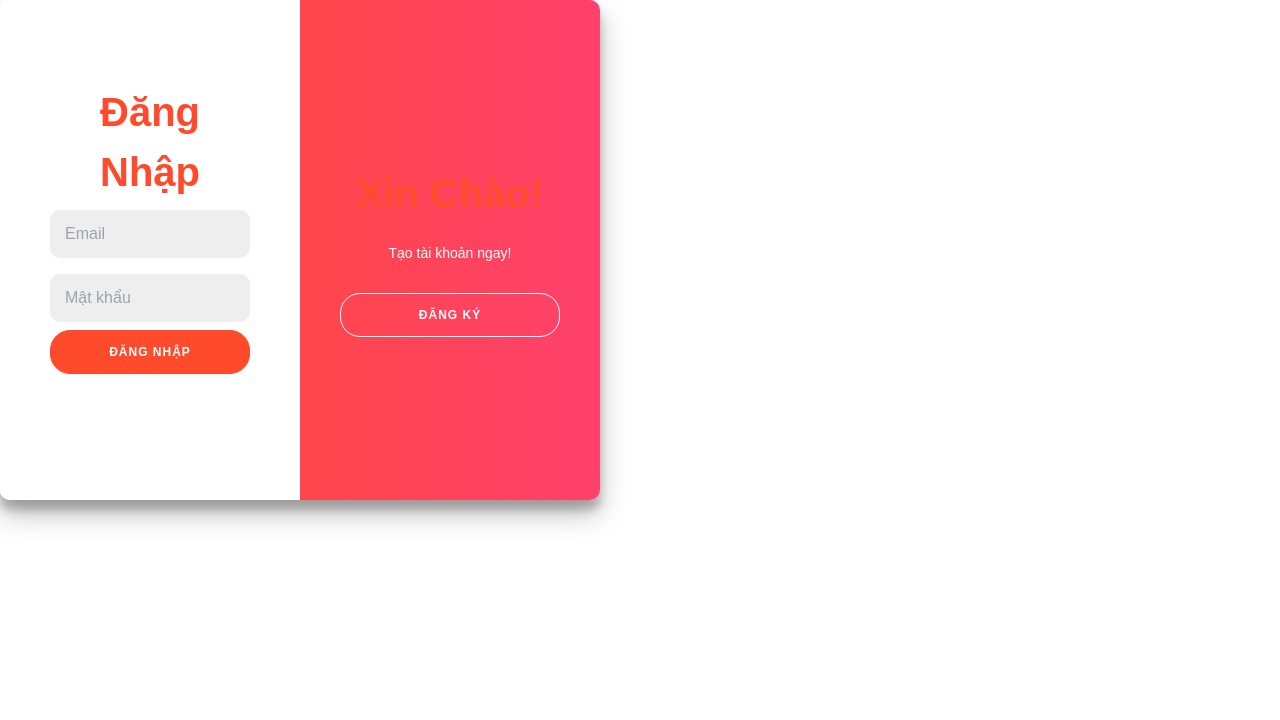
Repository: BlackWolf2002/project_airbn_react
Page: /
An editor plug-in stored every save of this project. The page is shown before and after the next save, followed by the edit.
The browser window is 1280 px wide. The pictures show the whole page.
The project was rebuilt for these pictures with package versions that can differ from the ones it lists, and the page was loaded fresh each time. Also part of the build but not shown: vite.config.js.

Above is the page before, as saved 2025-02-04 23:56:31.

After the next save:
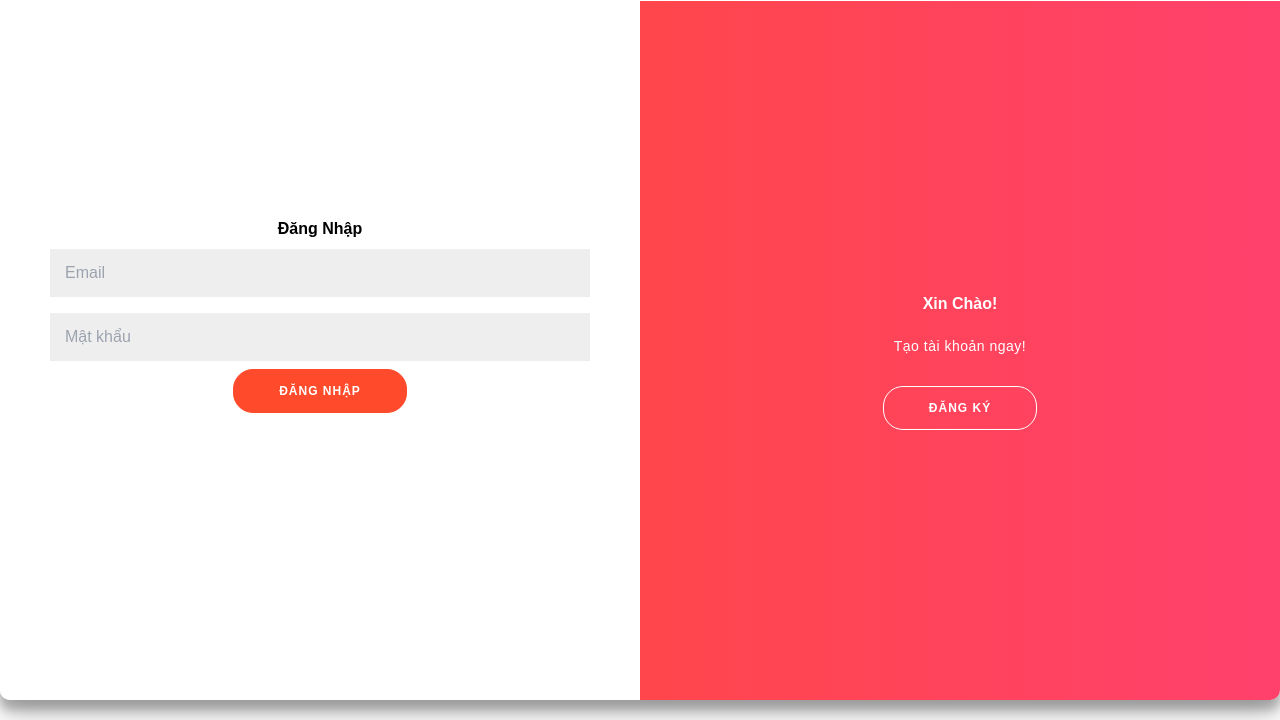
Saved 101 s later.
--- a/src/style/Login.css
+++ b/src/style/Login.css
@@ -1,53 +1,42 @@
-/* Cải tiến giao diện với CSS */
 .container-login {
     background-color: #fff;
     border-radius: 10px;
     box-shadow: 0 14px 28px rgba(0, 0, 0, 0.25), 0 10px 10px rgba(0, 0, 0, 0.22);
     position: relative;
     overflow: hidden;
-    width: 100%;
-    max-width: 600px;
-    height: 500px;
-    display: flex;
-    justify-content: center;
-    align-items: center;
-    padding: 30px;
+    max-width: 100%;
+    min-height: 480px;
     font-family: "Montserrat", sans-serif;
-    color: #fff;
+    height: 100vh;
+    margin: -20px 0;
 }
 
 .container-login h1 {
     font-weight: bold;
     margin: 0;
-    font-size: 2.5rem;
-    color: #ff4b2b;
 }
 
 .container-login h2 {
     text-align: center;
-    margin: 0;
 }
 
 .container-login p {
     font-size: 14px;
     font-weight: 100;
     line-height: 20px;
+    letter-spacing: 0.5px;
     margin: 20px 0 30px;
 }
 
-.container-login input {
-    background-color: #eee;
-    border: none;
-    padding: 12px 15px;
-    margin: 8px 0;
-    width: 100%;
-    border-radius: 10px;
-    font-size: 1rem;
-}
-
-.container-login input:focus {
-    outline: none;
-    box-shadow: 0 0 8px rgba(0, 0, 255, 0.4);
+.container-login span {
+    font-size: 12px;
+}
+
+.container-login a {
+    color: #333;
+    font-size: 14px;
+    text-decoration: none;
+    margin: 15px 0;
 }
 
 .container-login button {
@@ -61,7 +50,6 @@
     letter-spacing: 1px;
     text-transform: uppercase;
     transition: transform 80ms ease-in;
-    width: 100%;
 }
 
 .container-login button:active {
@@ -88,6 +76,14 @@
     text-align: center;
 }
 
+.container-login input {
+    background-color: #eee;
+    border: none;
+    padding: 12px 15px;
+    margin: 8px 0;
+    width: 100%;
+}
+
 .container-login .form-container {
     position: absolute;
     top: 0;
@@ -109,6 +105,7 @@
     left: 0;
     width: 50%;
     opacity: 0;
+    /* z-index: 1; */
 }
 
 .container-login.right-panel-active .sign-up-container {
@@ -134,7 +131,7 @@
 
 .overlay-container {
     position: absolute;
-    top: 0;
+    top: 21px;
     left: 50%;
     width: 50%;
     height: 100%;
@@ -148,12 +145,18 @@
 }
 
 .overlay {
+    background: #ff416c;
+    background: -webkit-linear-gradient(to right, #ff4b2b, #ff416c);
     background: linear-gradient(to right, #ff4b2b, #ff416c);
+    background-repeat: no-repeat;
+    background-size: cover;
+    background-position: 0 0;
     color: #ffffff;
     position: relative;
     left: -100%;
     height: 100%;
     width: 200%;
+    transform: translateX(0);
     transition: transform 0.6s ease-in-out;
 }
 
@@ -207,9 +210,3 @@
     height: 40px;
     width: 40px;
 }
-
-.container-login .message {
-    font-size: 1rem;
-    color: red;
-    margin-top: 15px;
-}
